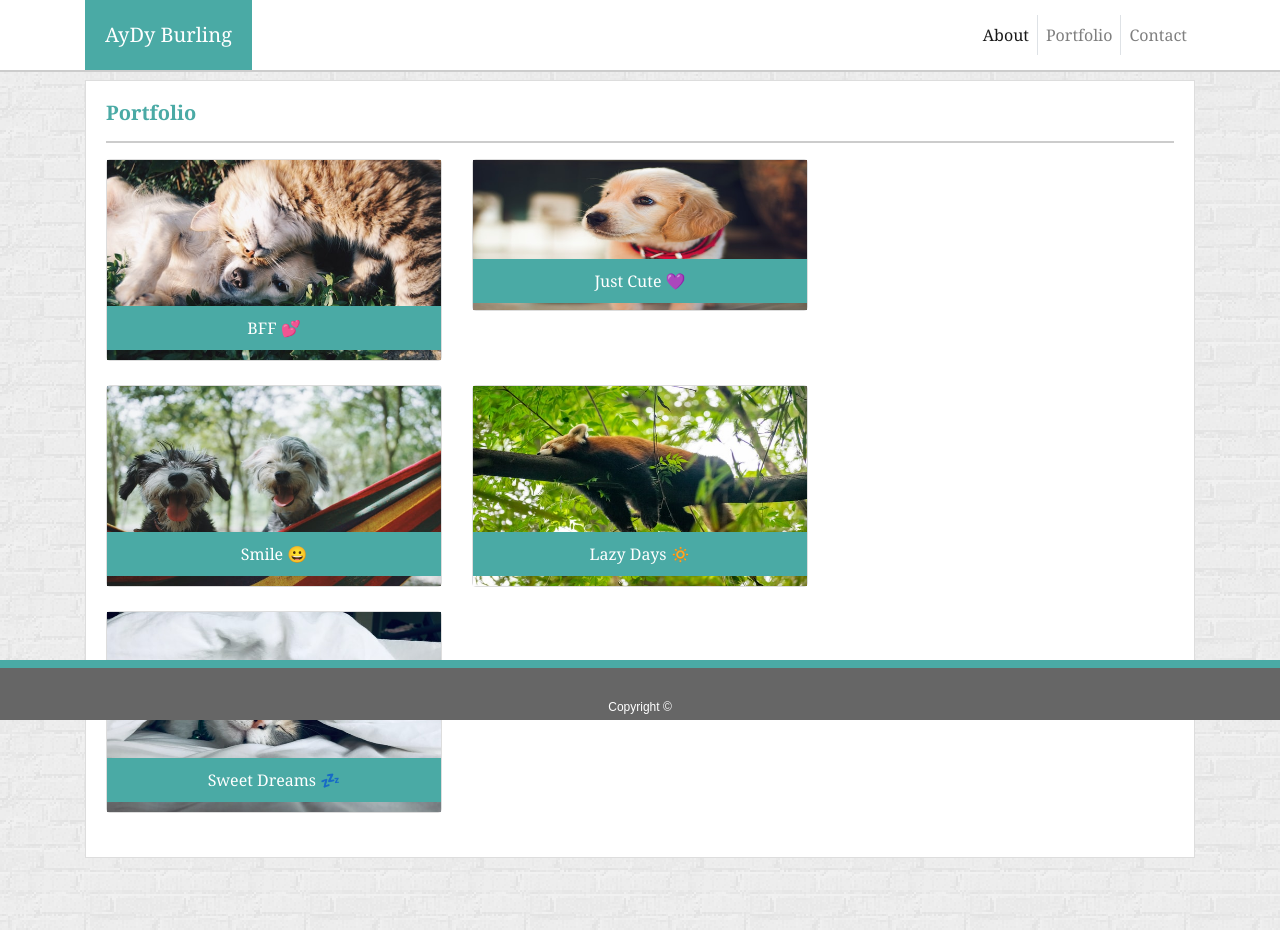
Repository: Dee1985/AyDy-Burling-prework
Page: Module-1_Assessment/portfolio.html
These files come from the project's save history. The page is drawn as it stood at one moment and after the next save; the edit follows.
The browser window is 1280 px wide. The pictures show the whole page.

Above is the page before, as saved 2020-05-22 23:28:55.

After the next save:
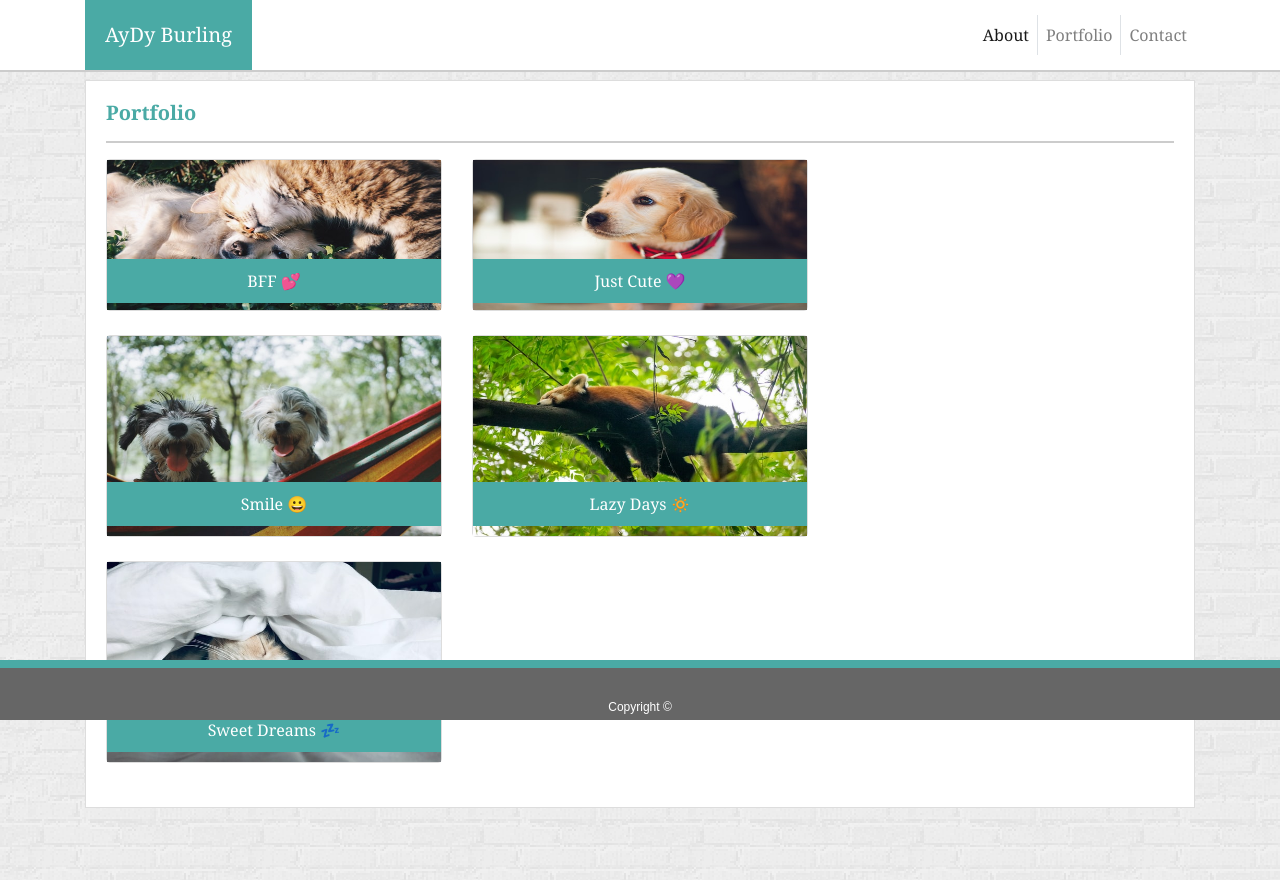
Saved 63 s later.
--- a/Module-1_Assessment/portfolio.html
+++ b/Module-1_Assessment/portfolio.html
@@ -58,7 +58,7 @@
               <!-- first card -->
                 <div class="col-4 mb-4">
                             <div class="card text-white">
-                                <img src="assets/img/krista-mangulsone-9gz3wfHr65U-unsplash.jpg" width="100%" height="200" alt="cat and dog cuddles">
+                                <img src="assets/img/krista-mangulsone-9gz3wfHr65U-unsplash.jpg"  height="150px" alt="cat and dog cuddles">
                                 <div class="card-heading text-center">
                                     BFF 💕
                                 </div>
